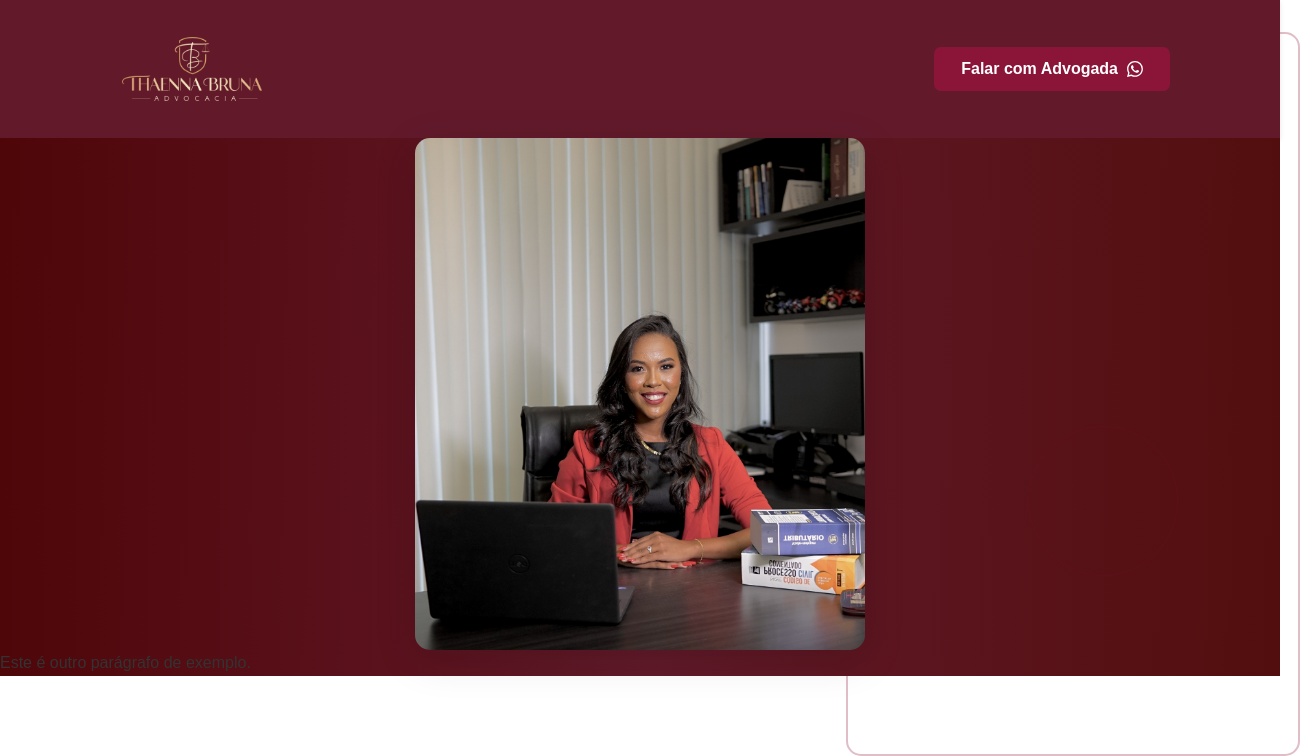
Repository: EmanuelVieiira/landing-page-advocacia
Page: index.html
An editor plug-in stored every save of this project. The page is shown before and after the next save, followed by the edit.
The browser window is 1280 px wide. The page is 1300 px wide, so the pictures cover 1300 px, including what lies to the right of the window. The pictures show the whole page.

Above is the page before, as saved 2026-02-02 21:29:34.

### index.html
<!DOCTYPE html>
<html lang="pt-BR">
<head>
    <meta charset="UTF-8">
    <meta name="viewport" content="width=device-width, initial-scale=1.0">
    <title>Thaenna Bruuna Advocacia</title>
    <link rel="stylesheet" href="css/style.css">
</head>
<body>
    <header>
        <div class="header-container">
            <img src="/img/Logotipo.png" alt="Logo da Advocacia Thaenna Bruuna" class="logo">
            <a href="https://wa.me/5511999999999" target="_blank" class="btn-whatsapp">
                Falar com Advogada
                <svg xmlns="http://www.w3.org/2000/svg" width="20" height="20" fill="currentColor" viewBox="0 0 16 16">
                    <path d="M13.601 2.326A7.854 7.854 0 0 0 7.994 0C3.627 0 .068 3.558.064 7.926c0 1.399.366 2.76 1.057 3.965L0 16l4.204-1.102a7.933 7.933 0 0 0 3.79.965h.004c4.368 0 7.926-3.558 7.93-7.93A7.898 7.898 0 0 0 13.6 2.326zM7.994 14.521a6.573 6.573 0 0 1-3.356-.92l-.24-.144-2.494.654.666-2.433-.156-.251a6.56 6.56 0 0 1-1.007-3.505c0-3.626 2.957-6.584 6.591-6.584a6.56 6.56 0 0 1 4.66 1.931 6.557 6.557 0 0 1 1.928 4.66c-.004 3.639-2.961 6.592-6.592 6.592zm3.615-4.934c-.197-.099-1.17-.578-1.353-.646-.182-.065-.315-.099-.445.099-.133.197-.513.646-.627.775-.114.133-.232.148-.43.05-.197-.1-.836-.308-1.592-.985-.59-.525-.985-1.175-1.103-1.372-.114-.198-.011-.304.088-.403.087-.088.197-.232.296-.346.1-.114.133-.198.198-.33.065-.134.034-.248-.015-.347-.05-.099-.445-1.076-.612-1.47-.16-.389-.323-.335-.445-.34-.114-.007-.247-.007-.38-.007a.729.729 0 0 0-.529.247c-.182.198-.691.677-.691 1.654 0 .977.71 1.916.81 2.049.098.133 1.394 2.132 3.383 2.992.47.205.84.326 1.129.418.475.152.904.129 1.246.08.38-.058 1.171-.48 1.338-.943.164-.464.164-.86.114-.943-.049-.084-.182-.133-.38-.232z"/>
                </svg>
            </a>
        </div>
    </header>
    <main>

        <section>
            <div class="hero-image ">
                <div class="hero-image">
                <img src="/img/thaenna_bruna.JPEG" alt="Dra. Thaenna Bruuna - Advogada especializada em Direito de Família">
                <div class="hero-decoration"></div>
            </div>
        </section>
        <section>
            <p>Este é outro parágrafo de exemplo.</p>
        </section>
    </main>
</body>
</html>

### css/style.css
*{
    margin: 0;
    padding: 0;
    box-sizing: border-box;
}

body {
    font-family: Arial, sans-serif; /* Define uma fonte ainda*/
    background-color: #ffffff;
    color: #333;
    line-height: 1.6;
    padding: 0;
    overflow-x: hidden;
}

header {

    height: auto;
    width: 100%;
    max-width: 100%;
    color: white;
    padding: 37px 0;
    text-align: center;
    box-shadow: 0 2px 5px rgba(0,0,0,0.1);
     background-color: #621a2b;
}

.header-container {
    display: flex;
    justify-content: center;
    align-items: center;
    max-width: 1200px;

    margin: 0 auto;
    padding: 0 20px;
}

.logo {
    height: 64px;
    width: auto;
}


.btn-whatsapp {
    background-color: #8B1538; /* Cor vinho */
    color: white;
    padding: 9px 27px;
    text-decoration: none;
    border-radius: 7px;
    font-weight: bold;
    display: flex;
    display: none;
    align-items: center;
    gap: 9px;
    transition: all 0.3s ease;
    font-size: 16px;
}

.btn-whatsapp:hover {
    background-color: #6B0F2A; /* Vinho mais escuro no hover */
    transform: translateY(-2px);
    box-shadow: 0 4px 8px rgba(0,0,0,0.2);
}

.btn-whatsapp svg {
    width: 16px;
    height: 16px;
}

/* (desktop) */
@media (min-width: 768px) {
    .header-container {
        justify-content: space-between; /* Separado no desktop */
    }
    .logo {
        margin-left: 62px;
    }
    .btn-whatsapp {
        margin-right: 50px;
        display: flex; /* Aparece no desktop */
    }
}
.hero-image {
    display: flex;
    justify-content: center;
    align-items: center;
    order: -1;
}

.hero-image img {
    width: 100%;
    max-width: 450px;
    height: auto;
    border-radius: 15px;
    box-shadow: 0 10px 40px rgba(0,0,0,0.15);
    transition: transform 0.3s ease;
}

.hero-image img:hover {
    transform: scale(1.02);
}
/* MAIN  TESTE */
main{
    background: #4f0609;
background: linear-gradient(91deg,rgba(79, 6, 9, 1) 0%, rgba(98, 26, 42, 1) 51%, rgba(82, 14, 14, 1) 100%);

}
/* Círculo grande decorativo */
.hero::after {
    content: '';
    position: absolute;
    right: 15%;

    transform: translateY(-50%);

    border: 1px solid rgba(139, 21, 56, 0.08);
    border-radius: 50%;
    z-index: 0;
}

/* Círculo decorativo menor */
.hero-decoration {
    position: absolute;
    right: 8%;
    bottom: 20%;
    width: 150px;
    height: 150px;
    border: 1px solid rgba(139, 21, 56, 0.12);
    border-radius: 50%;
    z-index: 0;
}

/* Moldura decorativa atrás da imagem */
.hero-image::before {
    content: '';
    position: absolute;

    right: -20px;
    width: 100%;
    height: 100%;
    max-width: 450px;
    border: 2px solid rgba(139, 21, 56, 0.15);
    border-radius: 15px;
    z-index: -1;
}

After the next save:
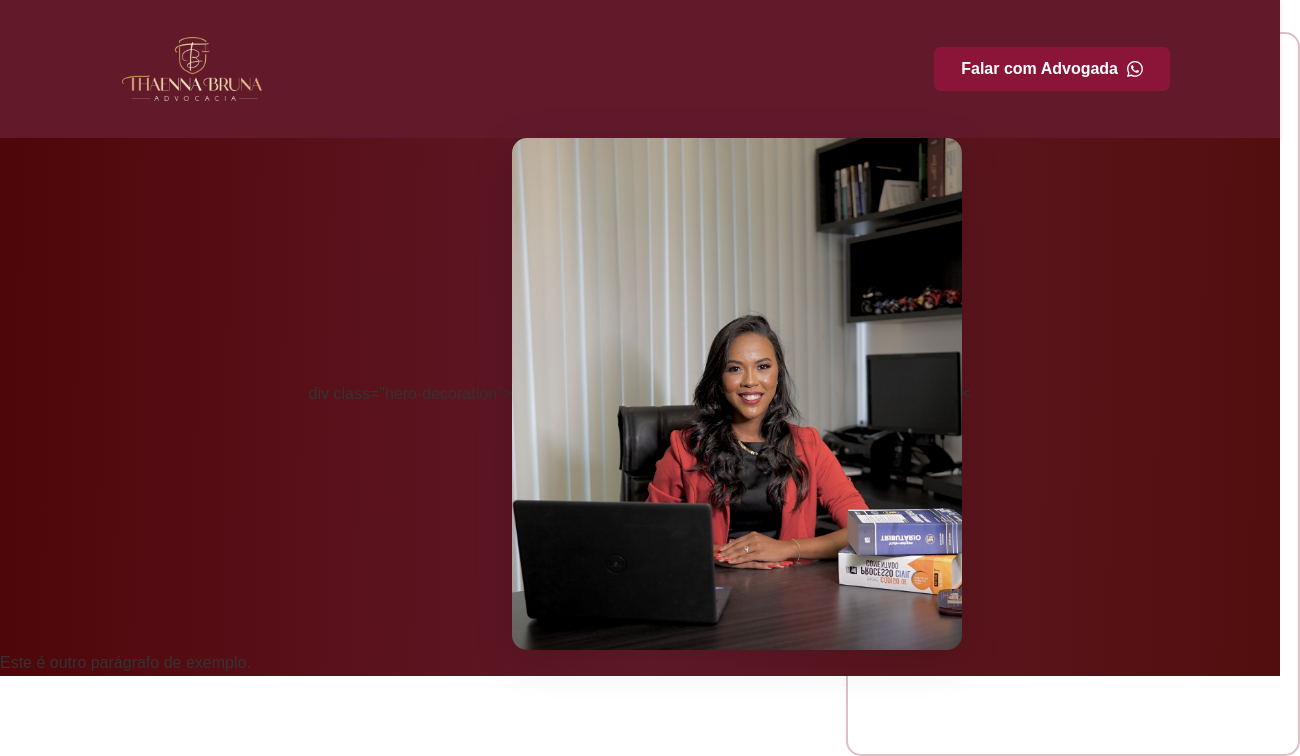
Saved 7 s later.
--- a/index.html
+++ b/index.html
@@ -22,9 +22,9 @@
 
         <section>
             <div class="hero-image ">
-                <div class="hero-image">
+                <div class="hero-image">div class="hero-decoration">
                 <img src="/img/thaenna_bruna.JPEG" alt="Dra. Thaenna Bruuna - Advogada especializada em Direito de Família">
-                <div class="hero-decoration"></div>
+                <</div>
             </div>
         </section>
         <section>
